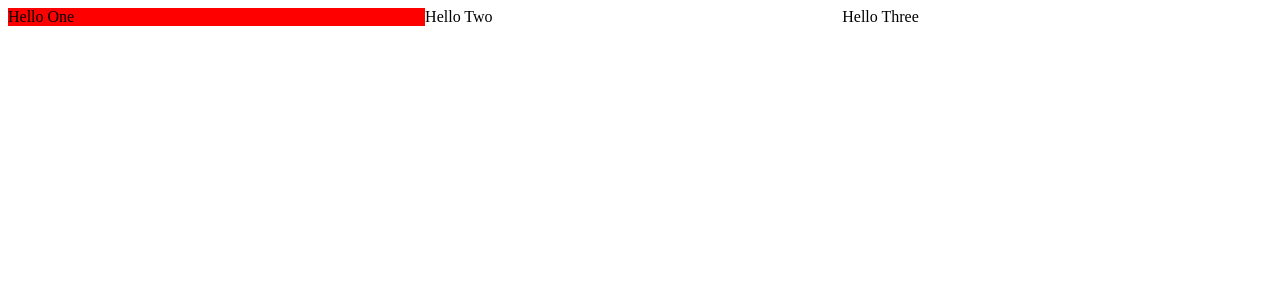
Repository: kchia/nycod14-class-demo
Page: index-2.html
The author's editor kept a record of every edit. The page is drawn from the files as they stood at one moment, then again after the next edit.
The browser window is 1280 px wide. The pictures show the whole page.

Above is the page before.

### index-2.html
<!DOCTYPE html>
<html>
    <head>
        <title>Example Page 2</title>
        <style>
            .container {
                display: flex;
                flex-direction: row;
            }
            .hello {
                width: 33%;
            }
            .hello:first-child {
                background-color: red;
            }


        </style>
    </head>
    <body>
        <div class="container">
            <div class="hello">Hello One</div>
            <div class="hello">Hello Two</div>
            <div class="hello">Hello Three</div>
        </div>
    </body>
</html>

After the next edit:
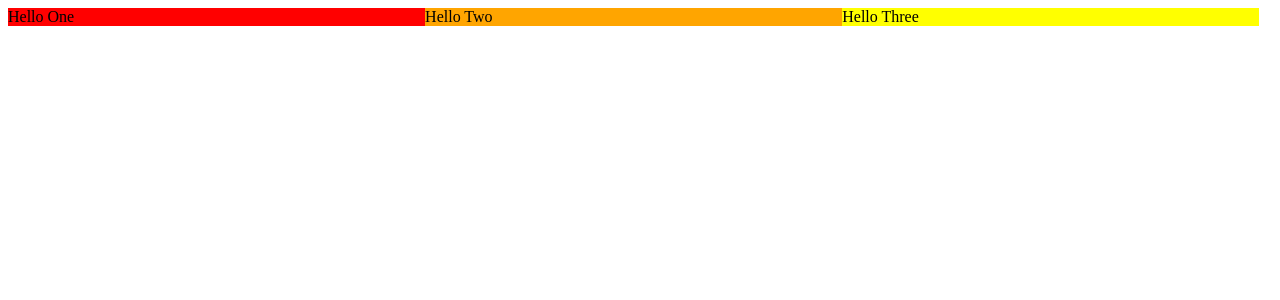
The edit:
--- a/index-2.html
+++ b/index-2.html
@@ -13,7 +13,12 @@
             .hello:first-child {
                 background-color: red;
             }
-
+            .hello:nth-child(2) {
+                background-color: orange;
+            }
+            .hello:last-child {
+                background-color: yellow;
+            }
 
         </style>
     </head>
